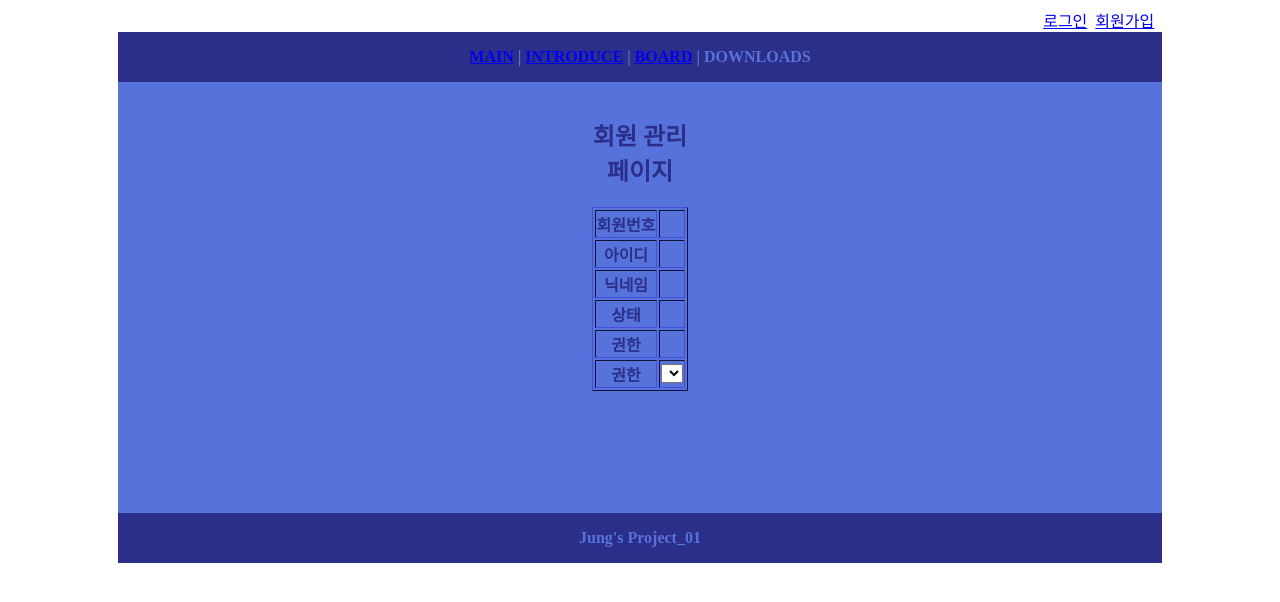
Repository: asas6306/Jungs_
Page: http://localhost/Board-Project1/WEB-INF/JSP/memberMpage.jsp
These files come from the project's save history. The page is drawn as it stood at one moment and after the next save; the edit follows.
The browser window is 1280 px wide. The pictures show the whole page.
The page is served by Tomcat 9. Nobody is signed in. The template is opened directly, without the code that normally fills it, so the values that code supplies are empty.

Above is the page before, as saved 2021-01-14 14:39:57.

After the next save:
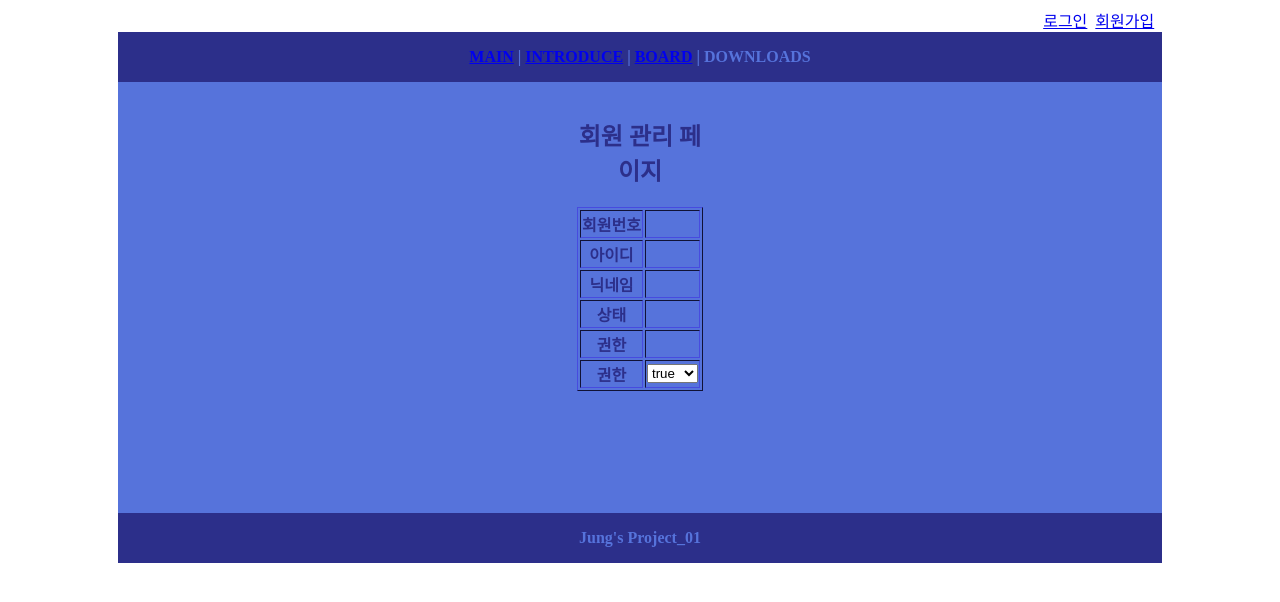
Saved 36 s later.
--- a/Board-Project1/WebContent/WEB-INF/JSP/memberMpage.jsp
+++ b/Board-Project1/WebContent/WEB-INF/JSP/memberMpage.jsp
@@ -29,6 +29,8 @@
 			<th>권한</th>
 			<td>
 				<select name="${member.mng}">
+					<option value="true">true</option>
+					<option value="false">false</option>
 				</select>
 			</td>
 		</tr>
